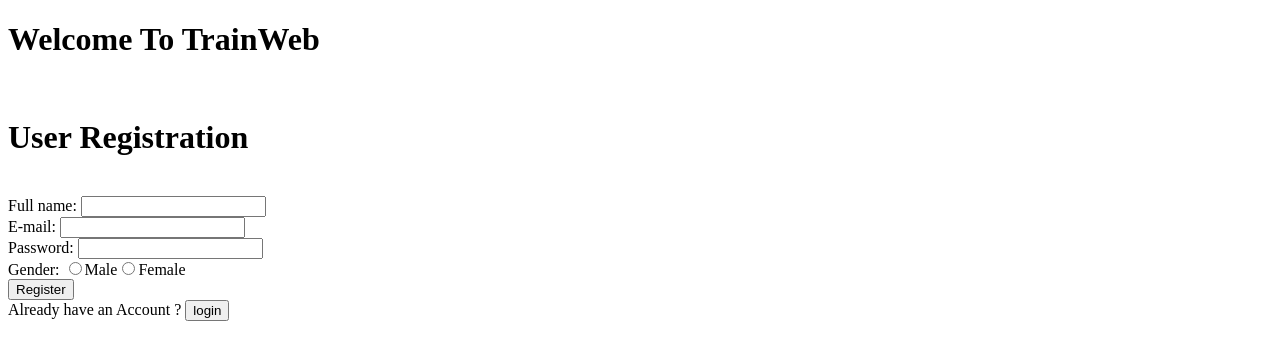
Repository: OrusuRatnamala/JAVA
Page: http://localhost/TrainWeb/
These files come from the project's save history. The page is drawn as it stood at one moment and after the next save; the edit follows.
The browser window is 1280 px wide. The pictures show the whole page.
The page is served by Tomcat 9. Other server files are loaded and not shown.

Above is the page before, as saved 2023-10-11 23:36:31.

### springdao/TrainWeb/src/main/webapp/index.jsp
<%@ page language="java" contentType="text/html; charset=ISO-8859-1"
	pageEncoding="ISO-8859-1"%>
<!DOCTYPE html PUBLIC "-//W3C//DTD HTML 4.01 Transitional//EN" "http://www.w3.org/TR/html4/loose.dtd">
<html>
<head>
<style>
p {
	background-image: url('C:\Users\ratnamalao\Downloads\train.png');
}
</style>

<meta http-equiv="Content-Type" content="text/html; charset=ISO-8859-1">
<title>Creation</title>
</head>
<body ;align="center">
	<form action="register" method="post">
		<h1>Welcome To TrainWeb</h1>
		</br>
		<h1>User Registration</h1>
		</br> Full name: <input type="text" name="name" /></br> E-mail: <input
			type="email" name="email" /></br> Password: <input type="password"
			name="password" /></br> Gender: <input type="radio" name="gender"
			value="male">Male</input><input type="radio" name="gender"
			value="female">Female</input></br> <input type="submit" value="Register" />

	</form>
	<form action="create">
		Already have an Account ? <input type="submit" value="login" />
	</form>
</body>
</html>

After the next save:
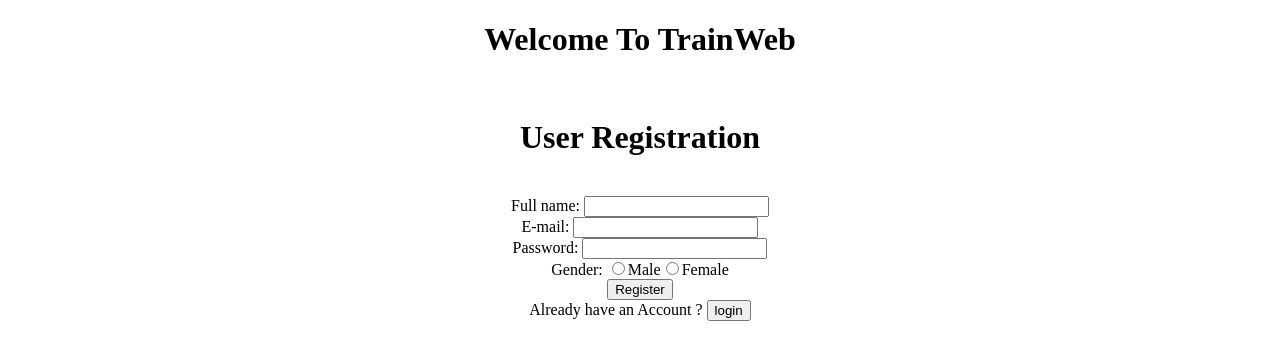
Saved 11 s later.
--- a/springdao/TrainWeb/src/main/webapp/index.jsp
+++ b/springdao/TrainWeb/src/main/webapp/index.jsp
@@ -12,7 +12,7 @@ p {
 <meta http-equiv="Content-Type" content="text/html; charset=ISO-8859-1">
 <title>Creation</title>
 </head>
-<body ;align="center">
+<body align="center">
 	<form action="register" method="post">
 		<h1>Welcome To TrainWeb</h1>
 		</br>
